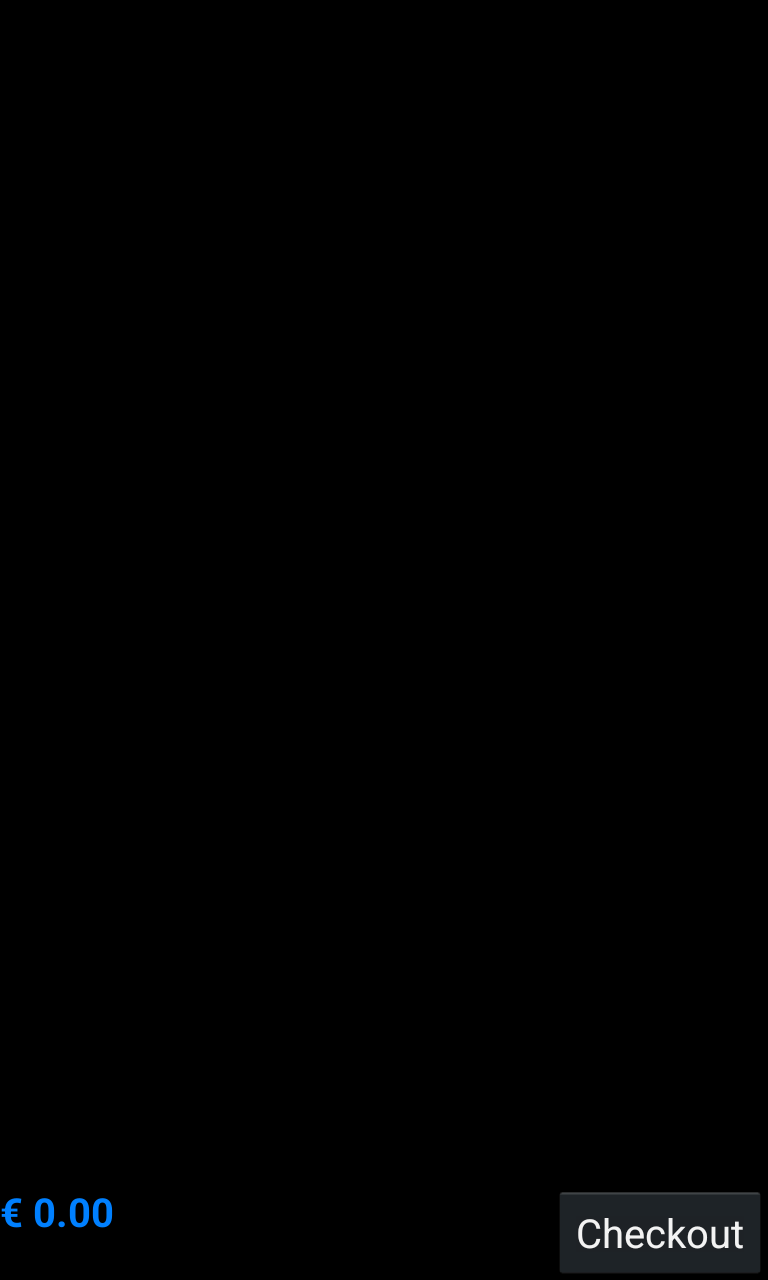
Repository: Adammdit/DT2283GUI
Layout: GunSmoke/res/layout/activity_main.xml
The author's editor kept a copy of each file at every save. The layout is drawn from the files as they stood at one save, then again after the next save.
It is drawn on a 768 x 1280 px phone screen (xhdpi) without system bars, with theme android:Theme.Holo; the app's code is not run. Lists and similar views that code fills are empty.

Above is the layout before, as saved 2014-11-10 10:15:19.

After the next save:
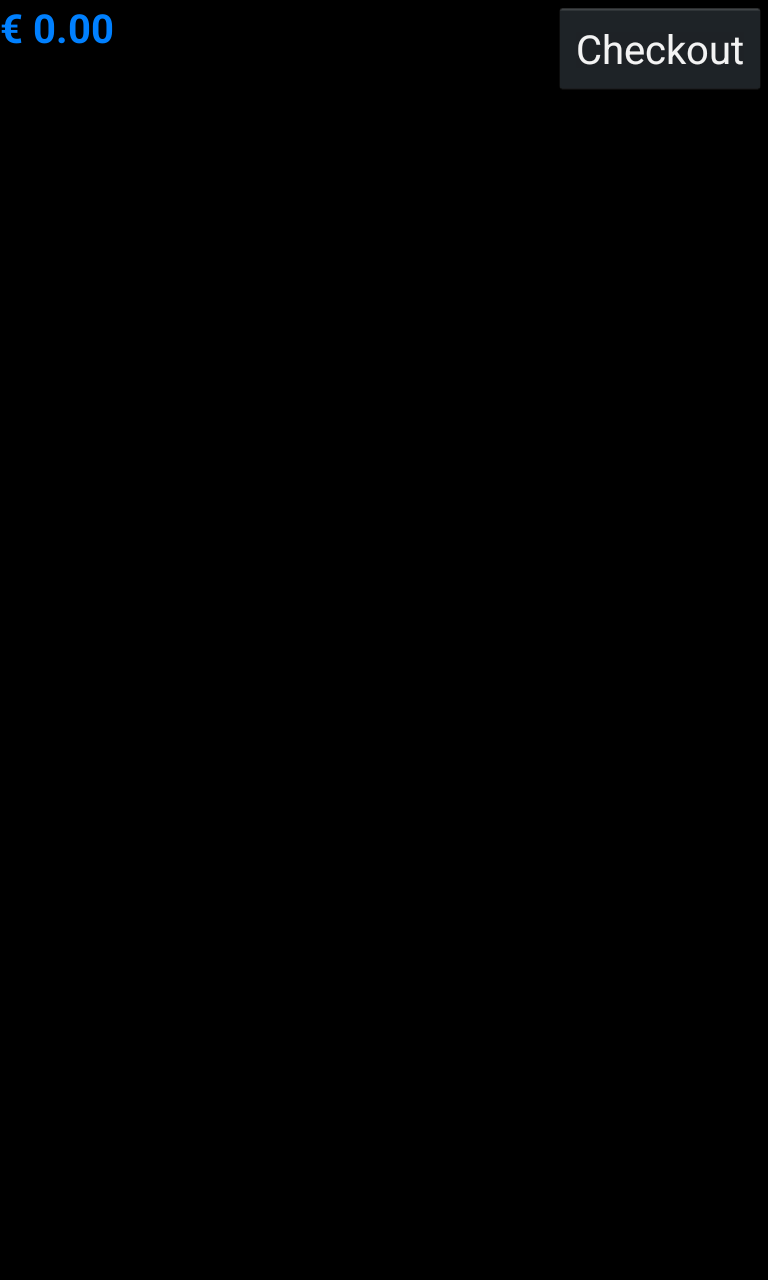
Saved 4 min 51 s later.
--- a/GunSmoke/res/layout/activity_main.xml
+++ b/GunSmoke/res/layout/activity_main.xml
@@ -3,7 +3,7 @@
     android:id="@+id/LinearLayout1"
     android:layout_width="fill_parent"
     android:layout_height="fill_parent"
-    android:gravity="bottom"
+    android:gravity="top"
     android:orientation="vertical"
     tools:context=".MainActivity" >
 
